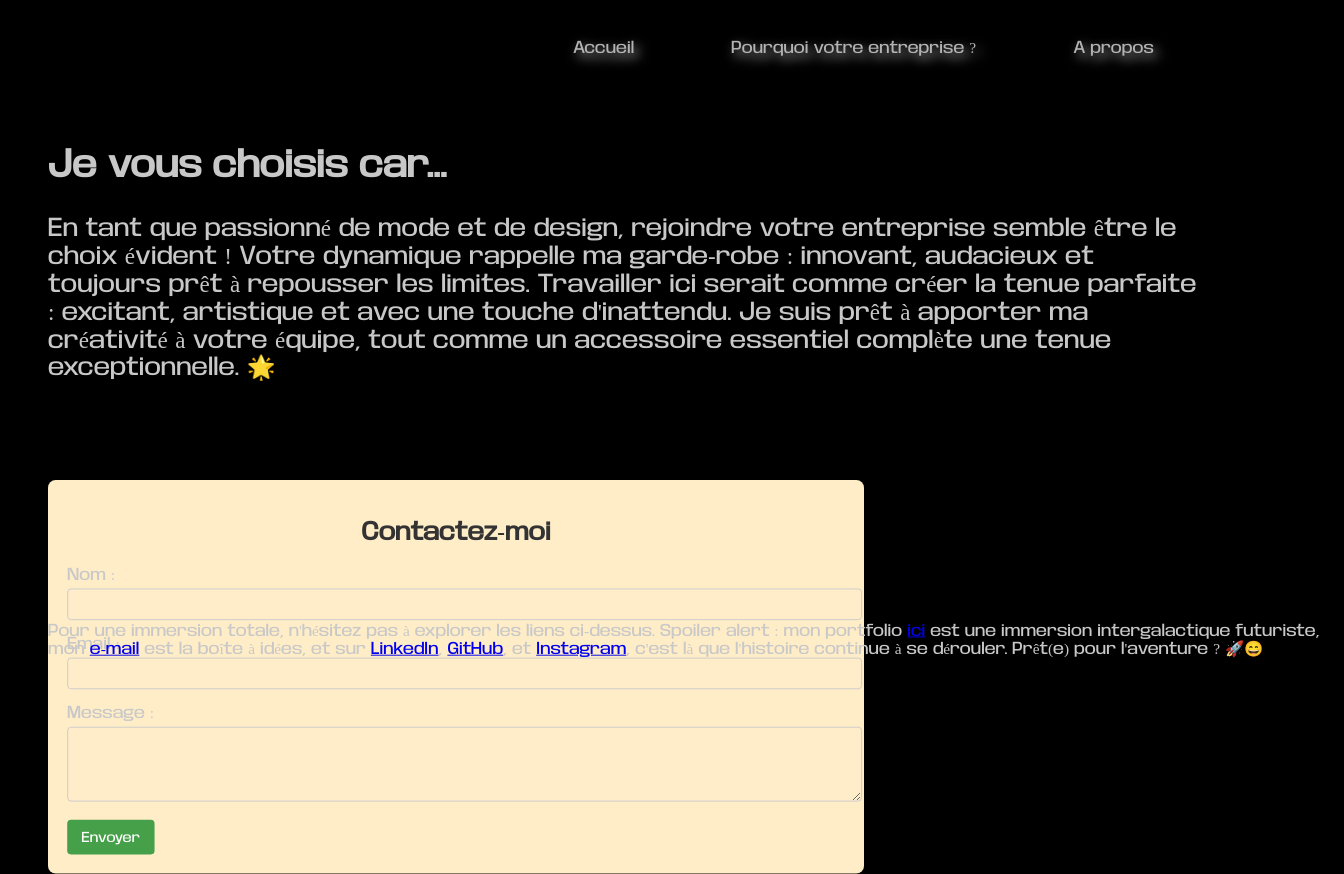
Repository: inessben/application
Page: about/about.html
These files come from the project's save history. The page is drawn as it stood at one moment and after the next save; the edit follows.
The browser window is 1280 px wide. The page is 1400 px wide, so the pictures cover 1400 px, including what lies to the right of the window. The pictures show the whole page, at 96% of full size.

Above is the page before, as saved 2023-12-03 22:35:03.

### about/about.html
<!DOCTYPE html>
<html lang="en">
<head>
    <meta charset="UTF-8">
    <meta name="viewport" content="width=device-width, initial-scale=1.0">
    <!-- generate the icon -->
    <link rel="apple-touch-icon" sizes="180x180" href="/favicon/apple-touch-icon.png">
    <link rel="icon" type="image/png" sizes="32x32" href="/favicon/favicon-32x32.png">
    <link rel="icon" type="image/png" sizes="16x16" href="/favicon/favicon-16x16.png">
    <link rel="manifest" href="/favicon/site.webmanifest">
    <link rel="mask-icon" href="/favicon/safari-pinned-tab.svg" color="#5bbad5">
    <meta name="msapplication-TileColor" content="#da532c">
    <!--  -->
    <meta name="theme-color" content="#ffffff">
    <title>#slowlyApplication</title>
    <link rel="stylesheet" href="about.css">
</head>
<body>
    <section id="nav-header">
        <header class="nav-links">
            <a href="./index.html" class="link">Accueil</a>
            <a href="./company/company.html" class="link">Pourquoi votre entreprise ?</a>
            <a href="../../about/about.html" class="link">A propos</a>
        </header>
    </section>
    <section id="description">
        <h1>Je vous choisis car...</h1>
        <p> En tant que passionné de mode et de design, rejoindre votre entreprise semble être le choix évident ! Votre dynamique rappelle ma garde-robe : innovant, audacieux et toujours prêt à repousser les limites. Travailler ici serait comme créer la tenue parfaite : excitant, artistique et avec une touche d'inattendu. Je suis prêt à apporter ma créativité à votre équipe, tout comme un accessoire essentiel complète une tenue exceptionnelle. 🌟 </p>
    </section>

    <section id="contact-form-container">
        <form id="contact-form">
        <h2>Contactez-moi</h2>

        <label for="name">Nom :</label>
        <input type="text" id="name" name="name" required>

        <label for="email">Email :</label>
        <input type="email" id="email" name="email" required>

        <label for="message">Message :</label>
        <textarea id="message" name="message" rows="4" required></textarea>

        <button type="submit">Envoyer</button>
        </form>
    </section>

    <footer>
        <p>Pour une immersion totale, n'hésitez pas à explorer les liens ci-dessus. Spoiler alert : mon portfolio <a href="https://iness-portfolio.vercel.app/">ici</a> est une immersion intergalactique futuriste, mon <a href="mailto:ine.benss@gmail.com">e-mail</a> est la boîte à idées, et sur <a href="https://www.linkedin.com/in/iness-benaissa/">LinkedIn</a>, <a href="lien-vers-ton-github">GitHub</a>, et <a href="lien-vers-ton-insta">Instagram</a>, c'est là que l'histoire continue à se dérouler. Prêt(e) pour l'aventure ? 🚀😄</p>
    </footer>

</body>
</html>

### about/about.css

@font-face {
    font-family: "Jolley";
    src: url("/fonts/jolley.woff");
    }

@font-face {
    font-family: "Base Neue";
    src: url("/fonts/base-neue.ttf");
    }

html {
    scroll-behavior: smooth;
    }

body {
    margin: 0;
    font-family: "Base Neue";
    background-color: #000000;
    color: #c8c8c8;
    padding: 0;
    }

#nav-header {
    position: absolute;
    top: 30px;
    right: 20px;
    font-size: 16px;
    font-weight: 500;
    padding: 10px;
    }

.link {
    filter: drop-shadow(4px 5px 6px #b2b1b1);
    padding: 8px;
    text-decoration: none;
    color: #b3b3b3;
    margin: auto 40px;
    }

.link:hover {
    opacity: 0.7;
    }

#description{
    position: relative;
    top: 100px;
    font-size: 24px;
    margin: 50px;
    width: 1200px;
    color: #c8c8c8;
    }

#contact-form-container {
    position: absolute;
    margin: 50px;
    top: 450px;
    width: 850px;
    }

#contact-form {
    position: absolute;
    background-color: #FFEDC8;
    padding: 20px;
    border-radius: 8px;
    box-shadow: 0 4px 8px rgba(0, 0, 0, 0.1);
    transition: transform 0.3s ease-in-out;
    }

#contact-form h2 {
    text-align: center;
    color: #333;
    }

#contact-form label {
    margin-top: 10px;
    }

#contact-form input,
#contact-form textarea {
    width: 100%;
    padding: 8px;
    margin-top: 5px;
    margin-bottom: 15px;
    background-color: #FFEDC899;
    border: 1px solid #ccc;
    border-radius: 4px;
    }

#contact-form button {
    background-color: #45a049;
    font-family: "Base Neue";
    color: white;
    align-items: center;
    border: none;
    padding: 10px 15px;
    border-radius: 4px;
    cursor: pointer;
    transition: background-color 0.3s ease-in-out;
    }

#contact-form button:hover {
    background-color: #45a049;
    }

#contact-form-container:hover #contact-form {
    transform: rotate(5deg);
    }

footer
{
    position: relative;
    bottom: -300px;
    font-size: 16px;
    width: 1350px;
    margin: 50px;
}

After the next save:
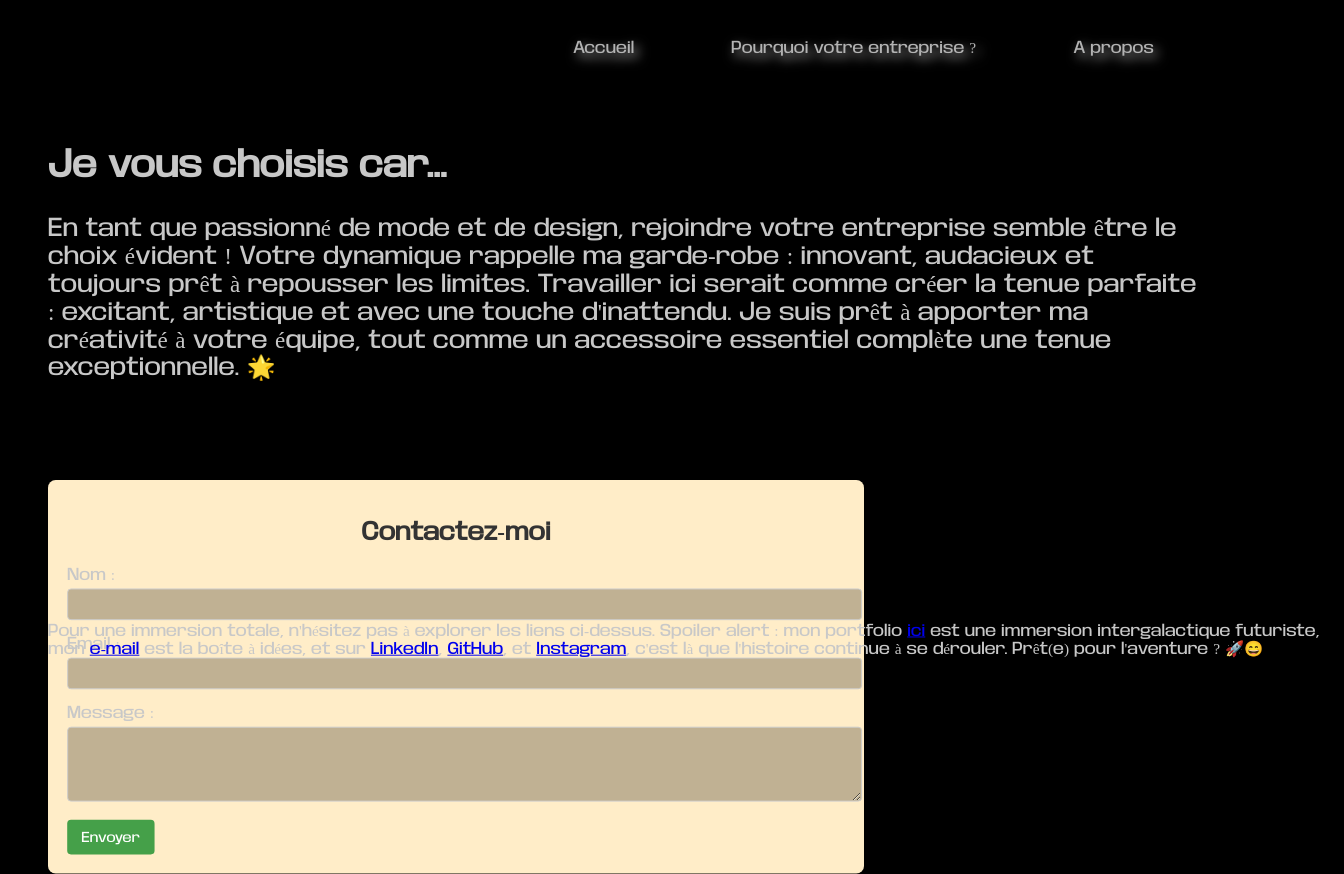
Saved 13 s later.
--- a/about/about.css
+++ b/about/about.css
@@ -82,7 +82,7 @@ body {
     padding: 8px;
     margin-top: 5px;
     margin-bottom: 15px;
-    background-color: #FFEDC899;
+    background-color: #978a7099;
     border: 1px solid #ccc;
     border-radius: 4px;
     }
